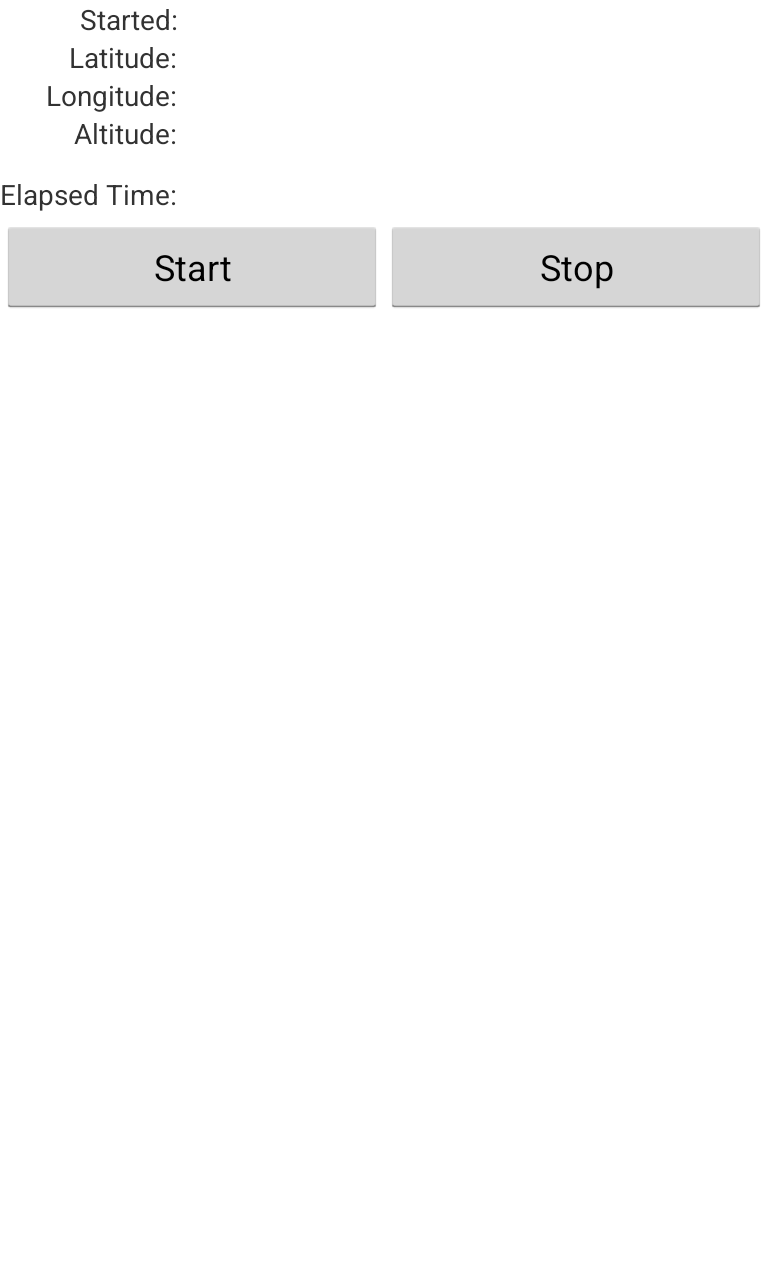
Repository: DaleJulian/RunTracker
Layout: RunTracker/res/layout/fragment_run.xml
These files come from the project's save history. The layout is drawn as it stood at one moment and after the next save; the edit follows.
It is drawn on a 768 x 1280 px phone screen (xhdpi) without system bars, with theme android:Theme.Holo.Light; the app's code is not run.

Above is the layout before, as saved 2015-06-05 08:36:23.

### RunTracker/res/layout/fragment_run.xml
<?xml version="1.0" encoding="utf-8"?>
<TableLayout xmlns:android="http://schemas.android.com/apk/res/android"
    android:layout_width="fill_parent"
    android:layout_height="wrap_content"
    >
    <TableRow>
        <TextView
            android:layout_width="wrap_content"
            android:layout_height="wrap_content"
            android:gravity="right"
            android:paddingRight="5sp"
            android:text="@string/started"
            />
        <TextView android:id="@+id/run_startedTextView"
            android:layout_width="fill_parent"
            android:layout_height="wrap_content"
            />
    </TableRow>
    <TableRow>
        <TextView
            android:layout_width="wrap_content"
            android:layout_height="wrap_content"
            android:gravity="right"
            android:paddingRight="5sp"
            android:text="@string/latitude"
            />
        <TextView android:id="@+id/run_latitudeTextView"
            android:layout_width="fill_parent"
            android:layout_height="wrap_content"
            />
    </TableRow>
    <TableRow>
        <TextView
            android:layout_width="wrap_content"
            android:layout_height="wrap_content"
            android:gravity="right"
            android:paddingRight="5sp"
            android:text="@string/longitude"
            />
        <TextView android:id="@+id/run_longitudeTextView"
            android:layout_width="fill_parent"
            android:layout_height="wrap_content"
            />
    </TableRow>
    <TableRow>
        <TextView
            android:layout_width="wrap_content"
            android:layout_height="wrap_content"
            android:gravity="right"
            android:paddingRight="5sp"
            android:text="@string/altitude"
            />
        <TextView android:id="@+id/run_altitudeTextView"
            android:layout_width="fill_parent"
            android:layout_height="wrap_content"
            />
    </TableRow>
    <TableRow>
        <TextView
            android:layout_width="wrap_content"
            android:layout_height="wrap_content"
            android:gravity="right"
            android:paddingRight="5sp"
            android:text="@string/elapsed_time"
            />
        <TextView android:id="@+id/run_durationTextView"
            android:layout_width="fill_parent"
            android:layout_height="wrap_content"
            android:textSize="25sp"
            />
    </TableRow>
    <LinearLayout
        android:orientation="horizontal"
        android:layout_height="wrap_content"
        >
        <Button android:id="@+id/run_startButton"
            android:layout_width="0dp"
            android:layout_height="wrap_content"
            android:layout_weight="1"
            android:text="@string/start"
            />
        <Button android:id="@+id/run_stopButton"
            android:layout_width="0dp"
            android:layout_height="wrap_content"
            android:layout_weight="1"
            android:text="@string/stop"
            />
    </LinearLayout>
</TableLayout>

### RunTracker/res/values/strings.xml
<?xml version="1.0" encoding="utf-8"?>
<resources>

    <string name="app_name">RunTracker</string>
    <string name="hello_world">Hello world!</string>
    <string name="action_settings">Settings</string>
    <string name="started">Started:</string>
	<string name="latitude">Latitude:</string>
	<string name="longitude">Longitude:</string>
	<string name="altitude">Altitude:</string>
	<string name="elapsed_time">Elapsed Time:</string>
	<string name="start">Start</string>
	<string name="stop">Stop</string>
	<string name="gps_enabled">GPS Enabled</string>
	<string name="gps_disabled">GPS Disabled</string>
	<string name="cell_text">Run at %1$s</string>
	<string name="new_run">New Run</string>
	<string name="map">Map</string>
	<string name="run_start">Run Start</string>
	<string name="run_started_at_format">Run started at %s</string>
	<string name="run_finish">Run Finish</string>
	<string name="run_finished_at_format">Run finished at %s</string>

</resources>

After the next save:
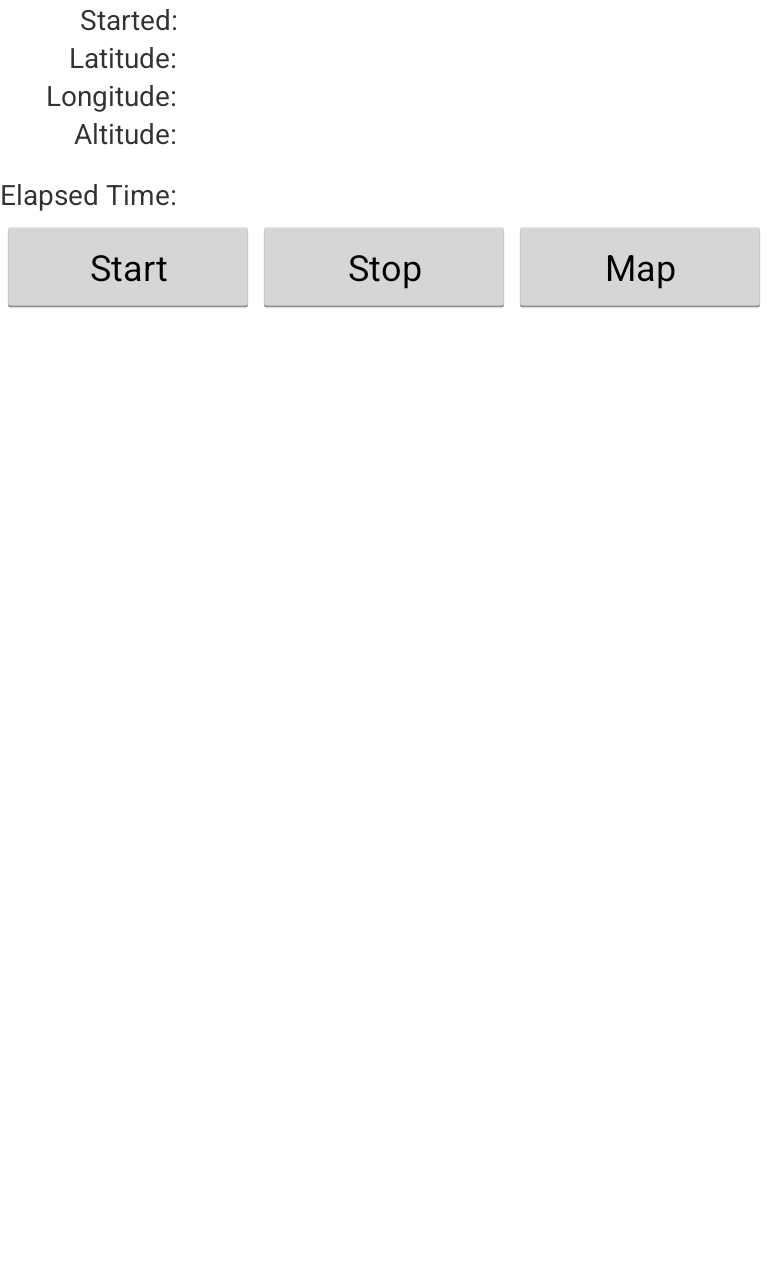
Saved 25 s later.
--- a/RunTracker/res/layout/fragment_run.xml
+++ b/RunTracker/res/layout/fragment_run.xml
@@ -85,5 +85,13 @@
             android:layout_weight="1"
             android:text="@string/stop"
             />
+
+        <Button android:id="@+id/run_mapButton"
+			android:layout_width="0dp"
+			android:layout_height="wrap_content"
+			android:layout_weight="1"
+			android:text="@string/map"
+			/>
+
     </LinearLayout>
 </TableLayout>
